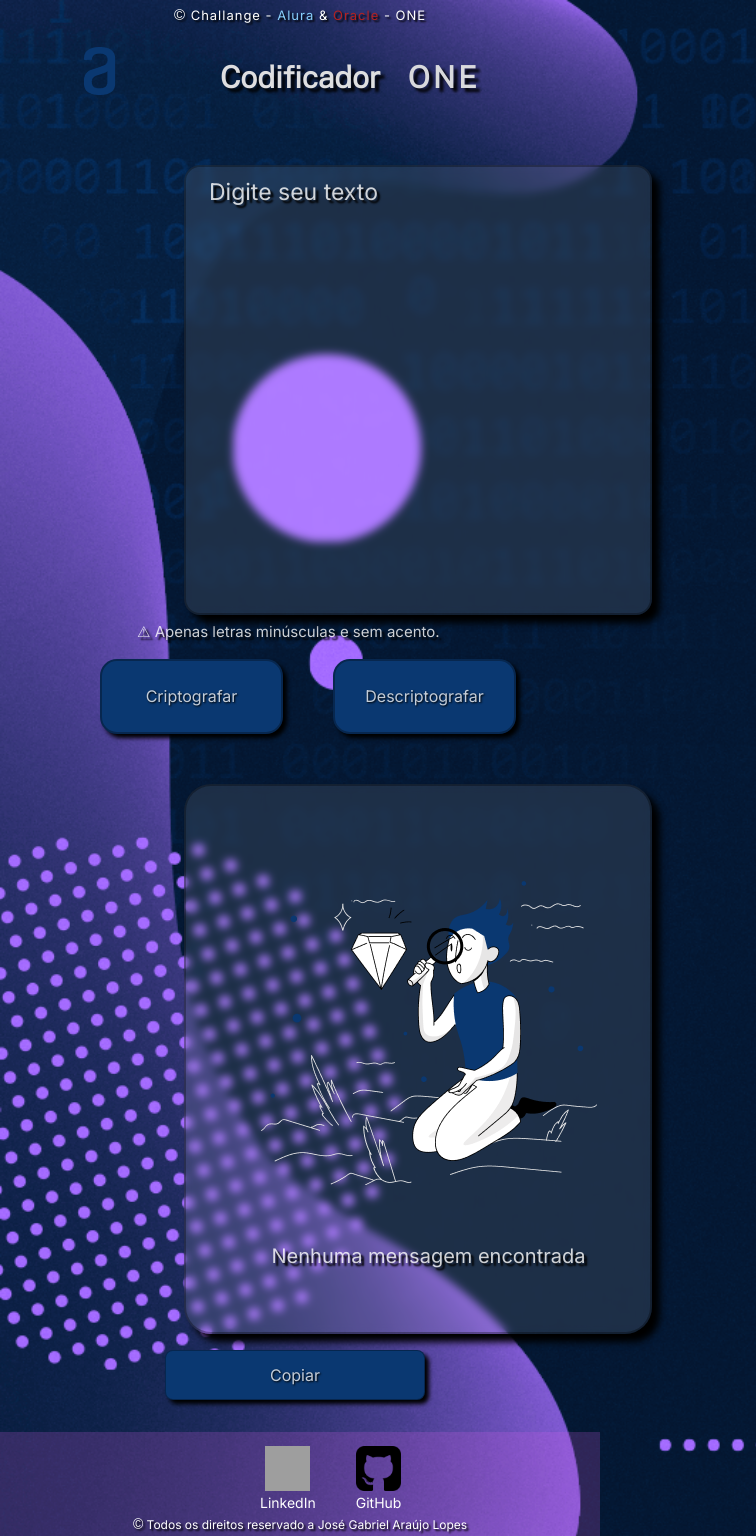
Repository: GabbrielLopes/Decodificador-ONE-Challange-Alura
Page: index.html
An editor plug-in stored every save of this project. The page is shown before and after the next save, followed by the edit.
The browser window is 600 px wide. The page is 756 px wide, then 600 px, so the pictures cover 756 px, including what lies to the right of the window. The pictures show the whole page.
Pictures or frames that could not be fetched are drawn as grey boxes.

Above is the page before, as saved 2022-05-11 22:53:33.

### index.html

<!-- Regras Codificador:
"e" é convertido para "enter"
"i" é convertido para "imes"
"a" é convertido para "ai"
"o" é convertido para "ober"
"u" é convertido para "ufat"
Apenas letras minúsculas
Não permite acentuação
*/

/* Regras Decodificador:
"enter" é convertido para "e"
"imes" é convertido para "i"
"ai" é convertido para "a"
"ober" é convertido para "o"
"ufat" é convertido para "u"
Apenas letras minúsculas
Não permite acentuação
-->

<!DOCTYPE html>
<html lang="pt-br">
<head>
    <meta charset="UTF-8">
    <meta name="viewport" content="width=device-width">
    <link rel="stylesheet" href="css/reset.css">
    <link rel="stylesheet" href="css/style.css">
    <link rel="stylesheet" href="css/media.css">
    <link href="https://fonts.googleapis.com/css2?family=Inter&display=swap" rel="stylesheet">
    <link href="https://fonts.googleapis.com/css2?family=Public+Sans:wght@300&display=swap" rel="stylesheet">
    <title>Codificador ONE</title>
</head>
<body>
    <header>
        <div class="info-header">
            <p>© Challange - <a href="https://www.alura.com.br" target="_blank">Alura</a> & <a href="https://www.oracle.com/br/education/oracle-next-education/" target="_blank">Oracle</a> - ONE</p>
        </div>
        <div>
            <img src="imagens/logo-alura.png" alt="Logo alura com inicial da letra a" class="logo-cabecalho">
            <h2>Codificador <a href="https://www.oracle.com/br/education/oracle-next-education/" target="_blank">ONE</a></h2>
        </div>
        <div>
        </div>
    </header>
    <main class="main">
        <section>
            <textarea cols="40" rows="6" placeholder="Digite seu texto" class="campo-texto"></textarea>
            <div>
                <h6 class="informacao">⚠ Apenas letras minúsculas e sem acento.</h6>
            </div>

            <div class="botoes">
                <button class="btn-criptografar">Criptografar</button>
                <button class="btn-descriptografar">Descriptografar</button>
            </div>
        </section>

        <section class="mensagem">
            <textarea readonly cols="18" rows="8" placeholder="Nenhuma mensagem encontrada" ></textarea>
            <div class="div-btn-copy">
                <button class="btn-copy">Copiar</button>
            </div>
        </section>
    </main>
    <footer>

        <div class="icons-links">
            <div class="icons-flex">
                <a href="https://www.linkedin.com/in/josegabrielalopes/" target="_blank"><img src="imagens/linkedin.png">LinkedIn</a>
                <a href="https://github.com/GabbLps" target="_blank"><img src="imagens/github.png">GitHub</a>
            </div>
        </div>

        <div class="copyright">
            <p>© Todos os direitos reservado a <a href="https://www.linkedin.com/in/josegabrielalopes/" target="_blank">José Gabriel Araújo Lopes</a></p>
        </div>
    </footer>
</body>
<script src="./js/script.js"></script>
</html>

### css/style.css
* {
    font-family: "Inter", sans-serif;
}

html{
    margin: auto;
    padding: 0px;
    min-height: 100%;
    font-family: "Inter", sans-serif;
}

.info-header {
    margin-top: 0.5em;
    letter-spacing: 1px;
    font-size: 13px;
    justify-content: center;
    color: #fff;
    text-shadow: 2px 2px 2px #000;
    user-select: none;
}

.info-header p::first-letter{
    font-family: Arial, Helvetica, sans-serif;
    font-size: 15px;
}

.info-header a:nth-child(1), .info-header a:nth-child(2)  {
    color: #87CEFA;
    text-decoration: none;
}

.info-header a:nth-child(2) {
    color: #B22222;
}

header h2, header h2 a {
    user-select: none;
    font-family: 'Public Sans';
    font-size: 30px;
    letter-spacing: 3px;
    color: #E5E5E5;
    margin-top: 40px;
    margin-left: 20px;
    font-weight: bold;
    text-decoration: none;
    text-shadow: 4px 4px 3px #000;
    opacity: 0.97;
}

header div {
    display: flex;
}

.logo-cabecalho {
    margin: 25px 40px 40px 40px;
}

.main {
    min-height: calc(100vh - 120px);
    display: flex;
    margin-left: 80px;
}

body {
    box-sizing: border-box;
    margin: 0;
    width: 100%;
    height: 100%;
    background: #E5E5E5;
    background-image: url(../imagens/background.png);
    background-size: cover;
}

section div {
    margin: 0;
    display: flex;
}

textarea {
    font-size: 23px;
    color: rgba(255,255,255, 0.8);
    background: rgba( 255, 255, 255, 0.1);
    backdrop-filter: blur(4px);
    -webkit-backdrop-filter: blur(3px);
    text-shadow: 3px 3px 2px black;
    vertical-align: top;
    resize: none;
}

textarea::placeholder {
    color: rgba(255,255,255, 0.8);
    text-shadow: 3px 3px 2px black;
    text-align: top;
    margin-top: 2em;
}

.campo-texto {
    box-sizing: border-box;
    width: 640px;
    height: 300px;   /*  480 px   */
    margin-top: 60px;
    margin-left: 4em;
    padding-top: 0.5em;
    padding-left: 1em;
    border: 2px solid rgba( 0, 0, 0, 0.3);
    border-radius: 16px;
    box-shadow: 8px 8px 7px #000;
}

.mensagem textarea {
    box-sizing: border-box;
    width: 320px;
    height: 550px;
    margin-left: 2em;
    padding-top: 0.5em;
    padding-left: 1em;
    text-align: left;
    border: 2px solid rgba( 0, 0, 0 , 0.3);
    border-radius: 27px;
    box-shadow: 8px 8px 7px #000;
}

.mensagem textarea::placeholder {
    padding-top: 447px;
    text-align: center;
    font-size: 20px;
    background-image: url(../imagens/boneco.png);
    background-repeat: no-repeat;
    background-position: -50px 100px;
}
/*
.campo-mensagem-imagem {
    background-image: url(boneco.png);
    background-repeat: no-repeat;
    background-position: center;
}
*/
.informacao {
    user-select: none;
    color: rgba(255,255,255, 0.8);
    text-shadow: 3px 3px 2px black;
    font-size: 15px;
    margin-left: 9em;
    margin-top: 0.6em;
}

.botoes {
    display: flex;
    margin-left: 9em;
    margin-top: 2em;
}

.btn-criptografar, .btn-descriptografar {
    width: 250px;
    height: 75px;
    border: 2px solid rgba( 0, 0, 0 , 0.3);
    border-radius: 17px;
    background-color: #0A3871;
    color: rgba(216, 223, 232, 0.9);
    text-shadow: 1px 1px 2px #000;
    font-size: 16px;
    box-shadow: 4px 4px 4px #000;
    transition: 80ms;
}

.btn-descriptografar {
    margin-left: 50px;
}

.btn-criptografar:hover, .btn-descriptografar:hover {
    cursor: pointer;
    background-color: rgba(216, 223, 232, 0.8) ;
    color: #0A3871;
    transition: 80ms;
    font-size: 20px;
}

.btn-criptografar:active, .btn-descriptografar:active {
    font-size: 19px;
}

.btn-copy {
    width: 200px;
    height: 50px;
    margin-left: 100px;
    margin-top: 1em;
    border: 1px solid rgba( 0, 0, 0 , 0.3);
    border-radius: 8px;
    background-color: #0A3871;
    color: rgba(216, 223, 232, 0.9);
    text-shadow: 1px 1px 2px #000;
    font-size: 16px;
    box-shadow: 4px 4px 4px #000;
    transition: 80ms;
}

.btn-copy:hover {
    cursor: pointer;
    background-color: rgba(216, 223, 232, 0.8) ;
    color: white;
    transition: 80ms;
    font-size: 17px;
    margin-bottom: 2em;
}

.btn-copy:active {
    font-size: 18px;
}

footer {
    width: 100%;
    background-color: rgba(219,97,234, 0.2);

}

.icons-links img{
    display: block;
    width: 45px;
    height: 45px;
    margin: 1em auto;
    margin-bottom: 5px;
    justify-content: center;
}

.icons-links a {
    display: block;
    color: #fff;
    margin: 0 20px;
    text-align: center;
    align-items: center;
    font-size: 14px;
    text-decoration: none;
}

.icons-links a:nth-child(1):hover {
    color:#0077b7;
    transition: 0.3s;
}

.icons-links a:nth-child(2):hover {
    color:#000;
    transition: 0.3s;
}

.icons-flex {
    display: flex;
    margin: 0 40%;
    margin-bottom: 7px;
}

.copyright p {
    user-select: none;
    color: #fff;
    font-size: 12px;
    text-align: center;
    align-items: end;  /* Alinha vertical  */
    justify-content: center;   /* Alinha horizontal */
    padding: 0 0 5px;
    text-shadow: 2px 2px 2px #000;

}

.copyright p:first-letter{
    font-size: 14px;
    font-family: Arial, Helvetica, sans-serif;
}

.copyright a{
    color: #fff;
    text-decoration: none;
    text-shadow: 2px 2px 2px #000;
}

### css/media.css
@media screen and (max-width: 760px) {

    header h2 {
        margin: 20 auto;
        letter-spacing: normal;
    }

    .main {
        display: flex;
        flex-direction: column;
    }

    .campo-texto, .mensagem textarea {
        margin: 30px 20%;
        margin-bottom: 0px;
        width: 90%;
        height: 450px;
    }

    .mensagem textarea {
        height: 550px;
    }

    .informacao {
        margin-left: 57px;
    }

    .botoes {
        margin: 20px 0;
        margin-left: 20px;
        max-width: 80%;
    }

    .mensagem textarea::placeholder {
        padding-top: 447px;
        text-align: center;
        font-size: 20px;
        background-image: url(../imagens/boneco.png);
        background-repeat: no-repeat;
        background-position: center;
    }

    .btn-copy {
        margin: 2em 85px;
        margin-top: 1em;
        width: 50%;
    }

}

### js/script.js
/* Regras Codificador:
"e" é convertido para "enter"
"i" é convertido para "imes"
"a" é convertido para "ai"
"o" é convertido para "ober"
"u" é convertido para "ufat"
Apenas letras minúsculas
Não permite acentuação

 Regras Decodificador:
"enter" é convertido para "e"
"imes" é convertido para "i"
"ai" é convertido para "a"
"ober" é convertido para "o"
"ufat" é convertido para "u"
Apenas letras minúsculas
Não permite acentuação   */

var botaoEncriptar = buscaElemento(".btn-criptografar");
var botaoDesencriptar = buscaElemento(".btn-descriptografar");
var botaoCopiar = buscaElemento(".btn-copy");
var campoMensagem = buscaElemento(".campo-mensagem");
var sectionMensagem = buscaElemento(".mensagem textarea");
var campoTexto = buscaElemento(".campo-texto");

function buscaElemento(elemento){
    return document.querySelector(elemento);
}

//  Função onde joga o valor do campo de texto para o campo mensagem,chamando a função de encriptar
function btnEncriptar() {
    var texto = campoTexto.value;
    sectionMensagem.value = encriptar(texto);
    campoTexto.value = "";
}

//  Função onde faz a criptografia do texo digitado pelo usuário
function encriptar (texto) {
    var texto = texto.replaceAll(/e/gi,"enter")
    .replaceAll(/i/gi,"imes")
    .replaceAll(/a/gi, "ai")
    .replaceAll(/o/gi,"ober")
    .replaceAll(/u/gi,"ufat");

    stringEncriptada = texto;
    return stringEncriptada.toLowerCase();
}

// Função onde joga o valor do campo de texto para o campo mensagem,chamando a função de desencriptar
function btnDesencriptar() {
    var texto = campoTexto.value;
    sectionMensagem.value = desencriptar(texto);
    campoTexto.value = "";
}

// Função onde desencripta o texto digitado pelo usuário
function desencriptar (texto) {
    var texto = texto.replaceAll("enter","e")
    .replaceAll("imes","i")
    .replaceAll("ai", "a")
    .replaceAll("ober","o")
    .replaceAll("ufat","u");

    stringDesencriptada = texto;
    return stringDesencriptada;
}

// Função de copiar o valor do campo da mensagem e muda o nome do botão para copiado por 3,5 segundos
function btnCopiar(e) {
    navigator.clipboard.writeText(sectionMensagem.value);
    botaoCopiar.textContent = "Copiado!";
    sectionMensagem.value = "";
    botaoCopiar.style.border="2px solid white";
    setTimeout(function(){
        botaoCopiar.textContent = "Copiar";
        botaoCopiar.style.border="1px solid rgba( 0, 0, 0 , 0.3";
        botaoCopiar.style.color="rgba(216, 223, 232, 0.9)";
    },3500);
}

// Função onde verifica se o campo da mensagem está vazio e adiciona e remove classe para mostrar imagem de acordo com a verificação.
/*function verificaMensagem() {
    if(sectionMensagem.value == ""){
        sectionMensagem.classList.add("campo-mensagem-imagem");
    } else {
        sectionMensagem.classList.remove("campo-mensagem-imagem");
    }
}

// Repetindo a função verificaMensagem para verificar a todo momento se o campoMensagem está vazio
setInterval(verificaMensagem, 10);*/

// Escutadores de eventos, quando os botões forem clicados, executar suas devidas funções
botaoEncriptar.addEventListener('click', btnEncriptar);
botaoDesencriptar.addEventListener('click', btnDesencriptar);
botaoCopiar.addEventListener('click', btnCopiar);

Loaded but not shown: css/reset.css (common file)

After the next save:
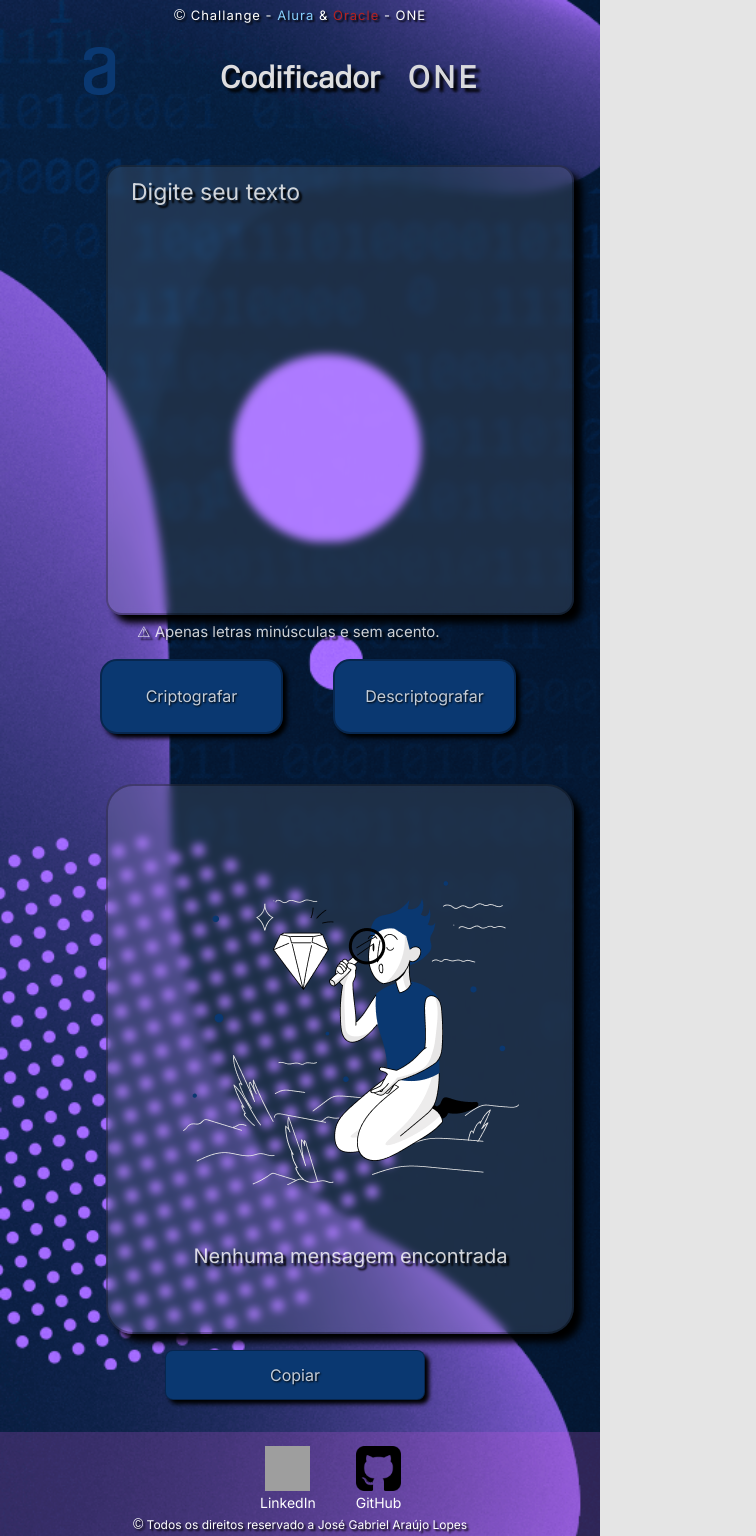
Saved 8 s later.
--- a/css/media.css
+++ b/css/media.css
@@ -11,7 +11,7 @@
     }
 
     .campo-texto, .mensagem textarea {
-        margin: 30px 20%;
+        margin: 30px 5%;
         margin-bottom: 0px;
         width: 90%;
         height: 450px;
